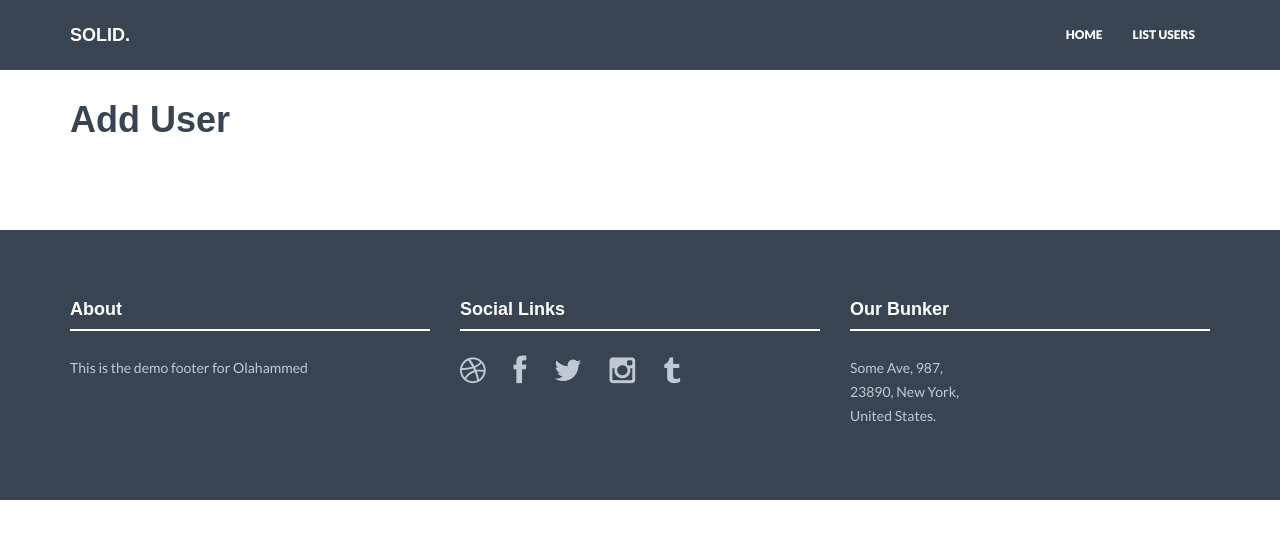
Repository: RedOx98/eclipse-workspace
Page: http://localhost/SessionsContinued/adduser.jsp
An editor plug-in stored every save of this project. The page is shown before and after the next save, followed by the edit.
The browser window is 1280 px wide. The pictures show the whole page.
Some web fonts or font styles are not loaded; a fallback is used. Some web libraries are served in a nearby version. The page is served by Tomcat 10. The template is opened directly, without the code that normally fills it, so the values that code supplies are empty.

Above is the page before, as saved 2024-05-29 06:17:04.

After the next save:
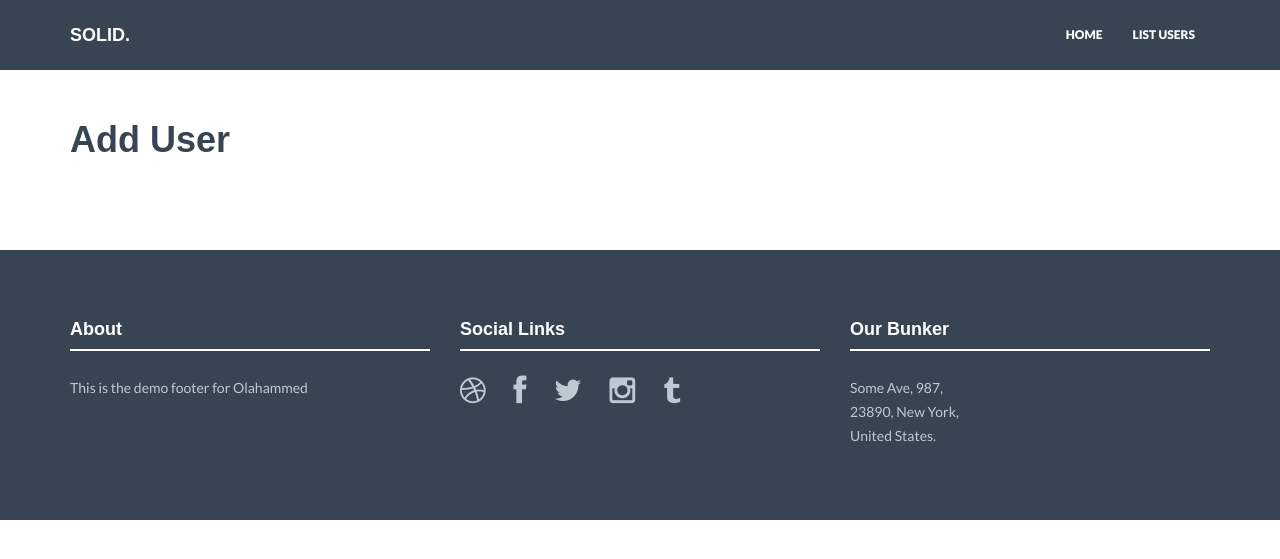
Saved 2 s later.
--- a/SessionsContinued/src/main/webapp/adduser.jsp
+++ b/SessionsContinued/src/main/webapp/adduser.jsp
@@ -1,7 +1,7 @@
 
 
 
-<jsp:include page="include/header.jsp"/>
+s<jsp:include page="include/header.jsp"/>
 
 <h1>Add User</h1>
 

After the save that followed:
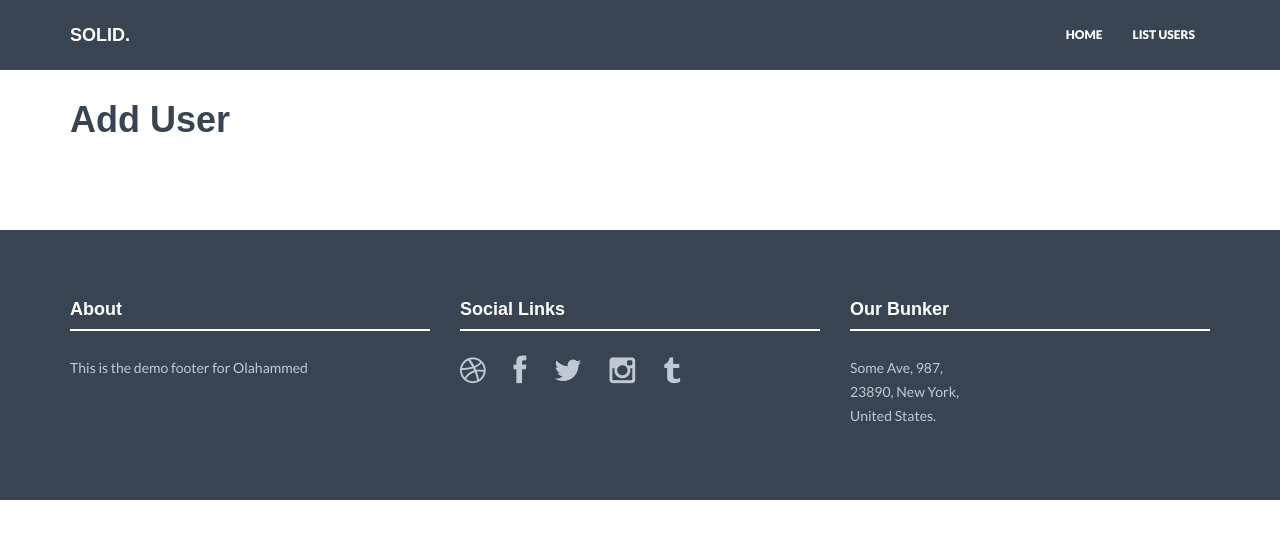
Saved 2 s later.
--- a/SessionsContinued/src/main/webapp/adduser.jsp
+++ b/SessionsContinued/src/main/webapp/adduser.jsp
@@ -1,7 +1,7 @@
 
 
 
-s<jsp:include page="include/header.jsp"/>
+<jsp:include page="include/header.jsp"/>
 
 <h1>Add User</h1>
 
